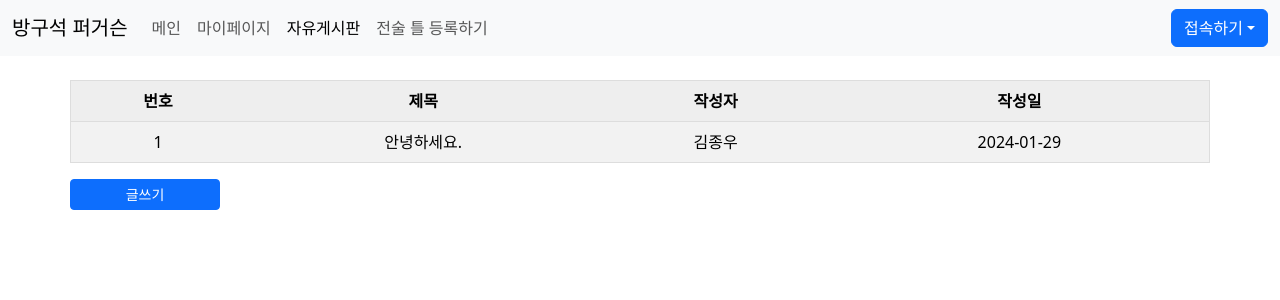
Repository: jiiiiiw/Spring-BBS
Page: http://localhost/BBS/bbs.jsp
These files come from the project's save history. The page is drawn as it stood at one moment and after the next save; the edit follows.
The browser window is 1280 px wide. The pictures show the whole page.
The page is served by Tomcat 9. Other server files are loaded and not shown.

Above is the page before, as saved 2024-01-30 04:50:30.

### BBS/src/main/webapp/bbs.jsp
<%@ page language="java" contentType="text/html; charset=UTF-8"
	pageEncoding="UTF-8"%>
<%@ page import="java.io.PrintWriter"%>
<!DOCTYPE html>
<html>
<head>
<meta charset="UTF-8">
<!-- 반응형 -->
<meta name="viewport" content="width=device-width" , initial-scale="1">
<!-- 정적 부트스트랩 참조 -->
<script src="js/bootstrap.js"></script>
<script src="js/bootstrap.bundle.js"></script>
<link href="css/bootstrap.css" rel="stylesheet">
<title>JSP 게시판 웹 사이트</title>
</head>
<body>
	<%
	String userID = null;
	if (session.getAttribute("userID") != null) {
		userID = (String) session.getAttribute("userID");
	}
	%>
	<nav class="navbar navbar-expand-lg navbar-light bg-light">
		<div class="container-fluid">
			<a class="navbar-brand" href="main.jsp">방구석 퍼거슨</a>

			<!-- 토글 버튼 -->
			<button class="navbar-toggler" type="button"
				data-bs-toggle="collapse" data-bs-target="#navbarSupportedContent"
				aria-controls="navbarSupportedContent" aria-expanded="false"
				aria-label="Toggle navigation">
				<span class="navbar-toggler-icon"></span>
			</button>

			<!-- Navbar 링크 및 폼 -->
			<div class="collapse navbar-collapse" id="navbarNav">
				<ul class="navbar-nav me-auto">
					<li class="nav-item"><a class="nav-link" href="main.jsp">메인</a></li>
					<li class="nav-item"><a class="nav-link" href="#">마이페이지</a></li>
					<li class="nav-item"><a class="active nav-link" href="bbs.jsp">자유게시판</a></li>
					<li class="nav-item"><a class="nav-link" href="#">전술 틀
							등록하기</a></li>
				</ul>
			</div>

			<%
			if (userID != null) {
			%>
			<div class="dropdown">
				<button class="btn btn-primary dropdown-toggle" type="button"
					id="dropdownMenuButton" data-bs-toggle="dropdown"
					aria-haspopup="true" aria-expanded="false">로그아웃</button>
				<div class="dropdown-menu" aria-labelledby="dropdownMenuButton">

					<a class="dropdown-item" href="logoutAction.jsp">로그아웃</a>
					<!-- 원하는 만큼 드롭다운 메뉴 항목 추가 -->
				</div>
			</div>
			<%
			} else {
			%>
			<div class="dropdown">
				<button class="btn btn-primary dropdown-toggle" type="button"
					id="dropdownMenuButton" data-bs-toggle="dropdown"
					aria-haspopup="true" aria-expanded="false">접속하기</button>
				<div class="dropdown-menu" aria-labelledby="dropdownMenuButton">

					<a class="dropdown-item" href="login.jsp">로그인</a> <a
						class="dropdown-item" href="join.jsp">회원가입</a>
					<!-- 원하는 만큼 드롭다운 메뉴 항목 추가 -->
				</div>
			</div>
			<%
			}
			%>
		</div>
	</nav>

	<div class="container mt-4">
		<div class="row">
			<table class="table table-striped"
				style="text-align: center; border: 1px solid #dddddd">
				<thead>
					<tr>
						<th style="background-color: #eeeeee; text-align: center;">번호</th>
						<th style="background-color: #eeeeee; text-align: center;">제목</th>
						<th style="background-color: #eeeeee; text-align: center;">작성자</th>
						<th style="background-color: #eeeeee; text-align: center;">작성일</th>
					</tr>
				</thead>
				<tbody>
					<tr>
						<td>1</td>
						<td>안녕하세요.</td>
						<td>김종우</td>
						<td>2024-01-29</td>
					</tr>
				</tbody>
			</table>
			<a href="write.jsp"
			class="btn btn-sm btn-primary" style="width: 150px;">글쓰기</a>
		</div>
	</div>


</body>
</html>

Loaded but not shown: BBS/src/main/webapp/js/bootstrap.js (library); BBS/src/main/webapp/js/bootstrap.bundle.js (library); BBS/src/main/webapp/css/bootstrap.css (library)

After the next save:
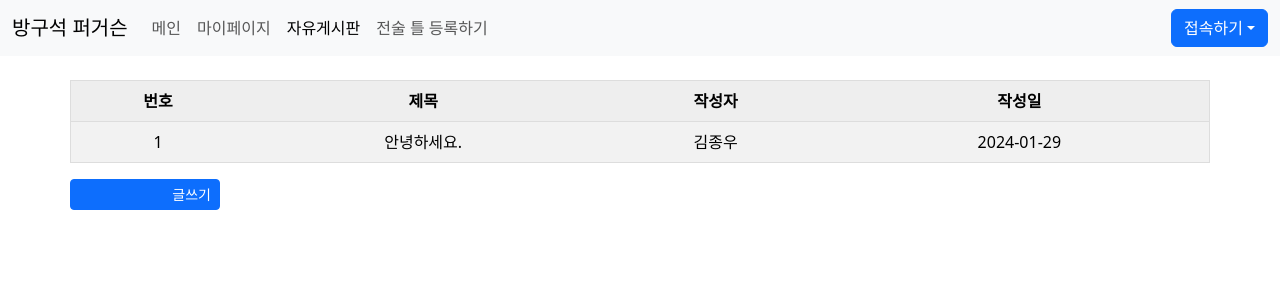
Saved 2 min 24 s later.
--- a/BBS/src/main/webapp/bbs.jsp
+++ b/BBS/src/main/webapp/bbs.jsp
@@ -98,7 +98,7 @@
 				</tbody>
 			</table>
 			<a href="write.jsp"
-			class="btn btn-sm btn-primary" style="width: 150px;">글쓰기</a>
+			class="btn btn-sm btn-primary d-flex justify-content-end" style="width: 150px;">글쓰기</a>
 		</div>
 	</div>
 
